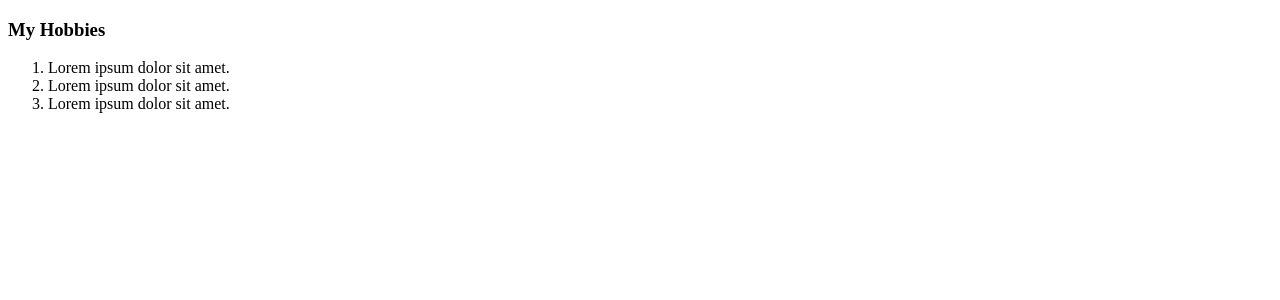
Repository: Isanderr/simple_landing_page-1
Page: hobbies.html
These files come from the project's save history. The page is drawn as it stood at one moment and after the next save; the edit follows.
The browser window is 1280 px wide. The pictures show the whole page.

Above is the page before, as saved 2019-01-30 18:13:35.

After the next save:
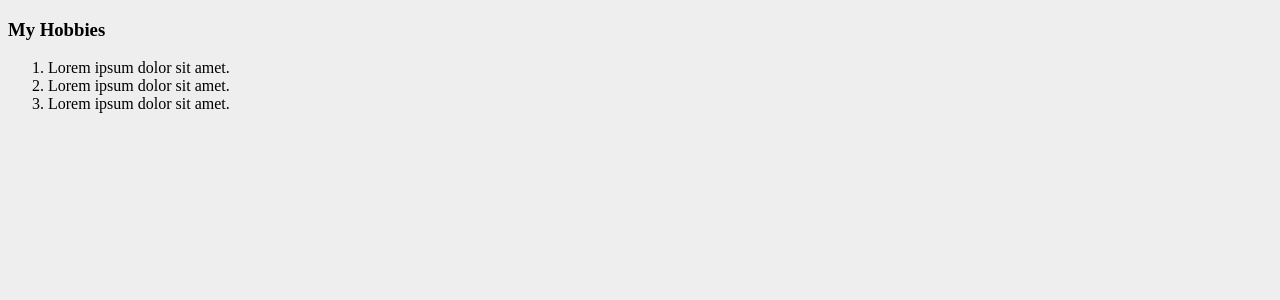
Saved 24 s later.
--- a/hobbies.html
+++ b/hobbies.html
@@ -6,6 +6,7 @@
         <meta name="viewport" content="width=device-width, initial-scale=1.0">
         <meta http-equiv="X-UA-Compatible" content="ie=edge">
         <title>Hobbies</title>
+        <link rel="stylesheet" href="css/styles.css">
     </head>
 
     <body>
